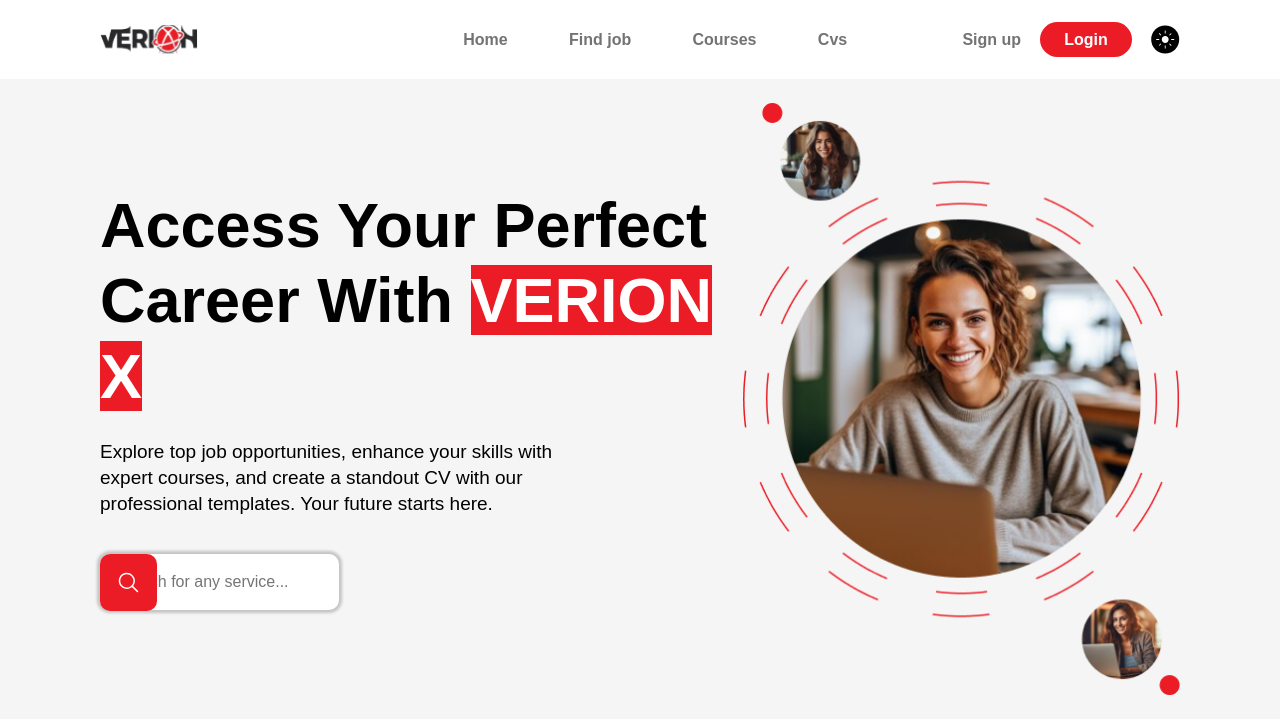
Repository: SahMenz/verionX
Page: /
These files come from the project's save history. The page is drawn as it stood at one moment and after the next save; the edit follows.
The browser window is 1280 px wide. The pictures show the whole page.
The project was rebuilt for these pictures with package versions that can differ from the ones it lists, and the page was loaded fresh each time. Also part of the build but not shown: vite.config.js.

Above is the page before, as saved 2024-06-14 15:26:49.

After the next save:
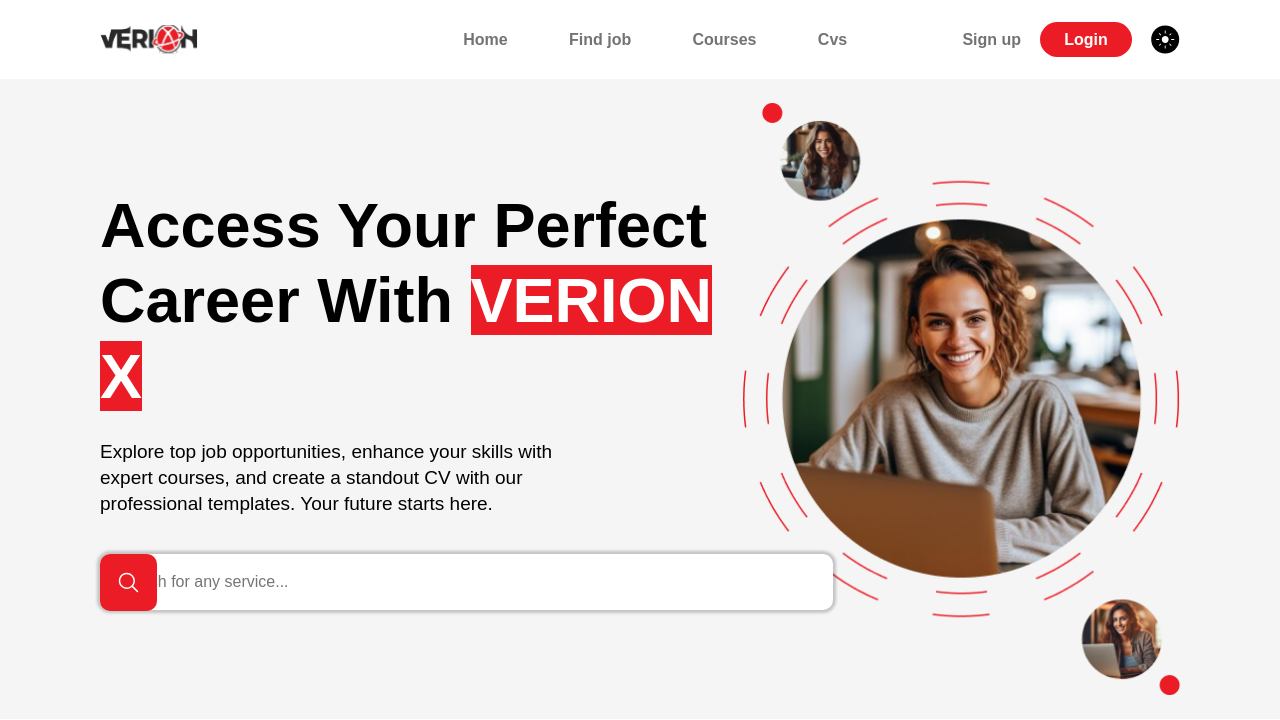
Saved 23 s later.
--- a/src/components/home/hero/hero.jsx
+++ b/src/components/home/hero/hero.jsx
@@ -10,7 +10,7 @@ function Hero() {
                 Explore top job opportunities, enhance your skills with expert courses, and create a standout CV with our professional templates. Your future starts here.
             </div>
             <div className="search-container d-flex">
-                <input type="text" placeholder="Search for any service..."  style={{position:'absolute',borderRadius:"10px", boxShadow: "0px 0px 3px 3px rgba(0, 0, 0, 0.2)"}} className='p-3'/>
+                <input type="text" placeholder="Search for any service..."  style={{width:"733px",position:'absolute',borderRadius:"10px", boxShadow: "0px 0px 3px 3px rgba(0, 0, 0, 0.2)"}} className='p-3'/>
                 <button className="bg-eb p-3" style={{position:'relative', left:"0px", borderRadius:"10px", border:"none", }}><CustomSvg name="search"/></button>
             </div>
             <div></div>
